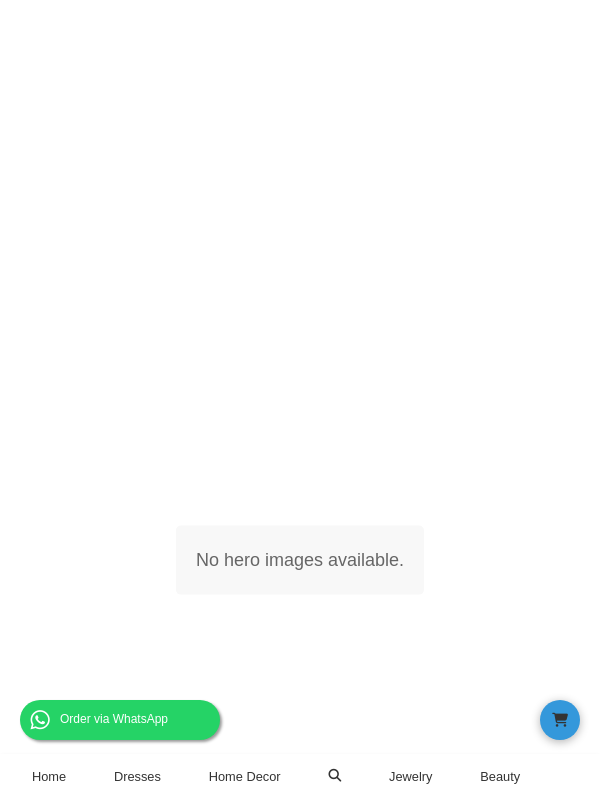
Repository: mrPractise/Elma-Shop
Page: http://localhost/
The author's editor kept a copy of each file at every save. The page is drawn from the files as they stood at one save, then again after the next save.
The browser window is 600 px wide. The pictures show the whole page.
Some web fonts or font styles are not loaded; a fallback is used. The page is served by the project's application, run on Django 5.2 (manage.py). Other server files are loaded and not shown. Queries for data that is not in the repository find no rows.

Above is the page before, as saved 2024-09-29 14:16:08.

### Shop/templatetags/cart_tags.py
from django import template
from Shop.models import Cart, CartItem

register = template.Library()

@register.filter
def cart_item_count(session):
    cart_id = session.get('cart_id')
    if cart_id:
        return CartItem.objects.filter(cart_id=cart_id).count()
    return 0

### Shop/templatetags/category_tags.py


from django import template
from django.urls import reverse

register = template.Library()

@register.simple_tag
def category_url(category):
    url_names = {
        'beauty-products': 'beauty-products',
        'dresses': 'dresses',
        'jewelry': 'jewelry',
        'home-decor': 'home-decor'
    }
    url_name = url_names.get(category.slug, 'category_detail')
    return reverse(url_name, kwargs={'category_slug': category.slug})

### Shop/context_processors.py
# In a new file, e.g., myapp/context_processors.py

from django.conf import settings
import urllib.parse

def whatsapp_url(request):
    phone_number = settings.WHATSAPP_NUMBER
    message = settings.WHATSAPP_MESSAGE
    whatsapp_url = f"https://wa.me/{phone_number}?text={urllib.parse.quote(message)}"
    return {'whatsapp_url': whatsapp_url}

### Shop/cache_control.py
from django.utils.cache import patch_cache_control
from django.conf import settings

def cache_control_middleware(get_response):
    def middleware(request):
        response = get_response(request)
        if request.path.startswith(settings.MEDIA_URL) and request.path.lower().endswith(('.png', '.jpg', '.jpeg', '.gif')):
            patch_cache_control(response, max_age=3600*24*30)  # Cache for 30 days
        return response
    return middleware

### ElmaShop/urls.py
from django.contrib import admin
from django.urls import path, include
from django.conf.urls.static import static
from django.conf import settings

urlpatterns = [
    path('admin/', admin.site.urls),
    path('', include('Shop.urls'))
]

if settings.DEBUG:
    urlpatterns += static(settings.STATIC_URL, document_root=settings.STATIC_ROOT)
    urlpatterns += static(settings.MEDIA_URL, document_root=settings.MEDIA_ROOT)

### static/css/styles.css
/* GENERAL CSS */
@import url("https://fonts.googleapis.com/css2?family=Quicksand:wght@300;400;500;600;700&display=swap");

* {
  margin: 0;
  padding: 0;
  box-sizing: border-box;
}
body {
  font-family: "Quicksand", sans-serif;
  font-weight: 300;
  color: #333;
  line-height: 1.6;
}

/* NAVBAR */
.navbar {
  background-color: #fff;
  padding: 1rem;
  box-shadow: 0 2px 4px rgba(0, 0, 0, 0.1);
  position: sticky;
  top: 0;
  z-index: 1000;
}

.navbar ul {
  list-style-type: none;
  margin: 0;
  padding: 0;
  display: flex;
  justify-content: center;
  align-items: center;
}

.navbar ul li {
  margin: 0 1rem;
}

.navbar ul li a {
  text-decoration: none;
  color: #333;
  font-weight: 400;
  transition: color 0.3s ease;
}

.navbar ul li a:hover {
  color: #e74c3c;
}

.navbar-toggle {
  display: none;
  background: none;
  border: none;
  font-size: 1.5rem;
  cursor: pointer;
}

@media screen and (max-width: 768px) {
  body {
    padding-bottom: 60px; /* Add space for the fixed navbar */
  }

  .navbar {
    position: fixed;
    bottom: 0;
    left: 0;
    right: 0;
    top: auto;
    padding: 0.5rem;
  }

  .navbar ul {
    display: flex;
    flex-direction: row;
    justify-content: space-around;
  }

  .navbar ul li {
    margin: 5px 0;
  }

  .navbar ul li a {
    font-size: 0.8em;
    text-align: center;
    display: flex;
    flex-direction: column;
    align-items: center;
  }

  .navbar ul li a::before {
    font-size: 1.5em;
    margin-bottom: 1px;
  }

  .navbar-toggle {
    display: none; /* Hide the toggle button */
  }
}
  .search-icon {
        cursor: pointer;
    }
    .modal {
    display: none;
    position: fixed;
    z-index: 1000;
    left: 0;
    top: 0;
    width: 100%;
    height: 100%;
    background-color: rgba(0,0,0,0.4);
}

.modal-content {
    background-color: #fefefe;
    margin: 10% auto;
    padding: 20px;
    border: 1px solid #888;
    width: 50%;
    max-width: 500px;
    border-radius: 8px;
    box-shadow: 0 4px 6px rgba(0, 0, 0, 0.1);
}

.close {
    color: #aaa;
    float: right;
    font-size: 28px;
    font-weight: bold;
    cursor: pointer;
}

.close:hover,
.close:focus {
    color: black;
    text-decoration: none;
}

.search-form {
    display: flex;
    margin-top: 20px;
}

.search-form input {
    flex-grow: 1;
    padding: 10px;
    font-size: 16px;
    border: 1px solid #ddd;
    border-right: none;
    border-radius: 4px 0 0 4px;
}

.search-form button {
    padding: 10px 15px;
    background-color: #f8f9fa;
    border: 1px solid #ddd;
    border-radius: 0 4px 4px 0;
    cursor: pointer;
}

/* Responsive styles */
@media screen and (max-width: 768px) {
    .modal-content {
        width: 80%;
        margin: 20% auto;
    }
}

@media screen and (max-width: 480px) {
    .modal-content {
        width: 90%;
        margin: 30% auto;
        padding: 15px;
    }

    .search-form input {
        font-size: 14px;
    }

    .search-form button {
        padding: 8px 12px;
    }


}
/**/
.section {
  min-height: 100vh;
  display: flex;
  flex-direction: column;
  justify-content: center;
  align-items: center;
  padding: 4rem 2rem 2rem;
}

.page-container {
  max-width: 100%;
  margin: 0 auto;
  padding: 1rem;
  min-height: 100vh;
}

.content-wrapper {
  display: grid;
  grid-template-columns: 2fr 5fr;
  gap: 5px;
}

.sidebar {
  flex: 0 0 auto;
  position: sticky;
  top: 65px; /* Adjust this value based on your navbar height */
  height: fit-content;
  overflow: hidden;


}

/* Search_Results Page */
     .search-results-container {
        padding: 20px;
    }
    .search-product-grid {
        display: grid;
        grid-template-columns: repeat(auto-fill, minmax(200px, 1fr));
        gap: 20px;
    }
    .search-product-item {
        border: 1px solid #ddd;
        padding: 10px;
        text-align: center;
    }
    .search-product-image {
        max-width: 100%;
        height: auto;
    }
    .search-pagination {
        margin-top: 20px;
        text-align: center;
    }
    .search-page-link {
        margin: 0 5px;
    }
    .search-current-page {
        font-weight: bold;
    }



.items-page-categories {
  display: flex;
  flex-direction: column;
}

.items-page-category {
  background: none;
border: none;
  padding: 0.5rem;
  cursor: pointer;
  transition: color 0.3s ease;
  overflow:visible;
 margin-bottom: 3px;
 white-space: wrap;
 word-wrap: break-word;

}

.items-page-category:hover,
.items-page-category.active{
  color: #e74c3c;
  background-color:rgb(191, 223, 211);
  border-right: 3px solid goldenrod;
}

.product-header {
  display: flex;
  justify-content: space-between;
  align-items: center;
  margin-bottom: 1rem;
}

.product-count {
  font-weight: bold;
}

.sort-dropdown select {
  padding: 0.5rem;
  border: 1px solid #ccc;
  border-radius: 4px;
}

.product-grid {
  display: grid;
  grid-template-columns: repeat(auto-fill, minmax(200px, 1fr));
  gap: 1rem;
}


.featured-page {
  background-color: #fff;
  border-radius: 10px;
  overflow: hidden;
  box-shadow: 0 4px 8px rgba(0, 0, 0, 0.1);
  margin-bottom: 3rem;
  display: flex;
  align-items: stretch;
}

.page-header {
  text-align: center;
  margin-bottom: 1rem;
  position: relative;
}
.page-title {
  font-family: "Playfair Display", serif;
  font-size: 4rem;
  color: #2c3e50;
  margin-bottom: 1rem;
  position: relative;
  display: inline-block;
}

.page-title::after {
  content: "";
  position: absolute;
  bottom: -10px;
  left: 50%;
  transform: translateX(-50%);
  width: 100px;
  height: 3px;
  background: linear-gradient(to right, #f39c12, #e74c3c);
}
.page-subtitle {
  font-size: 1.2rem;
  color: #7f8c8d;
  font-weight: 300;
}

/* HOME-PAGE */
h2 {
  font-size: 2.5rem;
  margin-bottom: 2rem;
  text-align: center;
}
.see-more {
  margin-top: 2rem;
  padding: 1rem 2rem;
  background-color: #e74c3c;
  color: white;
  text-decoration: none;
  border-radius: 5px;
  transition: background-color 0.3s ease;
}
.see-more:hover {
  background-color: #c0392b;
}

/* Hero Section */
.hero-section {
  display: flex;
  gap: 5px;
  min-height: 100vh; /* Full viewport height */
  overflow: hidden; /* Prevents any overflow */
}

.hero-left,
.hero-right {
  flex: 1;
  display: flex;
  flex-direction: column;
}

.hero-image-container {
  flex: 1;
  overflow: hidden;
  position: relative;
  margin-bottom: 5px; /* Consistent gap */
}

.hero-image {
  width: 100%;
  height: 100%;
  object-fit: cover;
  position: absolute;
  top: 0;
  left: 0;
}

.hero-image-overlay {
  position: absolute;
  bottom: 0;
  left: 0;
  right: 0;
  background: rgba(0, 0, 0, 0.5);
  color: white;
  padding: 10px;
  text-align: center;
}

.hero-image-overlay h3 {
  margin: 0;
  font-size: 1.2em;
}

.hero-image-overlay p {
  margin: 5px 0 0;
  font-size: 0.9em;
}

/* Responsive adjustments */
@media (max-width: 768px) {
  .hero-section {
    flex-direction: column;
    min-height: auto; /* Allow height to adjust based on content */
  }

  .hero-left,
  .hero-right {
    width: 100%;
  }

  .hero-image-container {
    height: 50vh; /* Half viewport height on smaller screens */
  }
}

@media (max-width: 480px) {
  .hero-image-container {
    height: 33vh; /* Shorter on very small screens */
  }

  .hero-image-overlay h3 {
    font-size: 1em;
  }

  .hero-image-overlay p {
    font-size: 0.8em;
  }
}

/* Dresses Section */
.Dresses-section {
  background-color: #f9e7e7;
}
.Dresses-showcase {
  display: flex;
  justify-content: space-around;
  width: 100%;
  max-width: 1200px;
  flex-wrap: wrap;
}
.dress-category {
  text-align: center;
  transition: transform 0.3s ease;
  margin: 1rem;
}
.dress-category:hover {
  transform: translateY(-10px);
}
.dress-category img {
  width: 200px;
  height: 300px;
  object-fit: cover;
  border-radius: 10px;
  box-shadow: 0 4px 8px rgba(0, 0, 0, 0.1);
}
.dress-category h3 {
  margin-top: 1rem;
}

/* Home Decor Section */
.Homedecor-section {
  background-color: #e7f0f9;
}
.decor-grid {
  display: grid;
  grid-template-columns: repeat(auto-fit, minmax(250px, 1fr));
  gap: 2rem;
  width: 80%;
  max-width: 1200px;
}
.decor-item {
  position: relative;
  overflow: hidden;
  border-radius: 10px;
  box-shadow: 0 4px 8px rgba(0, 0, 0, 0.1);
}
.decor-item img {
  width: 100%;
  height: 250px;
  object-fit: cover;
  transition: transform 0.3s ease;
}
.decor-item:hover img {
  transform: scale(1.05);
}
.decor-info {
  position: absolute;
  bottom: 0;
  left: 0;
  right: 0;
  background: rgba(255, 255, 255, 0.9);
  padding: 1rem;
  transform: translateY(100%);
  transition: transform 0.3s ease;
}
.decor-item:hover .decor-info {
  transform: translateY(0);
}

.Jewelry-section {
  background-color: #f9f3e6;
}
.Jewelry-showcase {
  display: grid;
  grid-template-columns: repeat(auto-fit, minmax(280px, 1fr));
  gap: 2rem;
  width: 90%;
  max-width: 1200px;
}
.jewelry-item {
  border-radius: 10px;
  overflow: hidden;
  box-shadow: 0 4px 8px rgba(0, 0, 0, 0.1);
  transition: transform 0.3s ease, box-shadow 0.3s ease;
  display: flex;
  flex-direction: column;
}
.jewelry-item:hover {
  transform: translateY(-5px);
  box-shadow: 0 6px 12px rgba(0, 0, 0, 0.15);
}
.jewelry-image {
  width: 100%;
  height: 300px;
  overflow: hidden;
}
.jewelry-image img {
  width: 100%;
  height: 100%;
  object-fit: cover;
  transition: transform 0.3s ease;
}
.jewelry-item:hover .jewelry-image img {
  transform: scale(1.05);
}
.jewelry-info {
  padding: 1.5rem;
  display: flex;
  flex-direction: column;
  flex-grow: 1;
}
.jewelry-info h3 {
  margin: 0 0 0.5rem;
  color: #333;
  font-size: 1.2rem;
}
.jewelry-info p {
  margin: 0 0 1rem;
  color: #e74c3c;
  font-weight: 400;
}
.jewelry-description {
  font-size: 0.9rem;
  color: #666;
  flex-grow: 1;
}
/* Beauty Section */
.Beauty-Products-section {
  background-color: #f0e7f9;
}


.section-title {
  text-align: center;
  margin-bottom: 2rem;
  color: #333;
  font-size: 2.5rem;
}

.beauty-container {
  margin: 0 auto;
  padding: 0 1rem;
}

.beauty-masonry {
  column-count: 2;
  column-gap: 1rem;
  margin: 0 auto;
  max-width: 100%;
}

.beauty-item {
  break-inside: avoid;
  margin-bottom: 1rem;
  position: relative;
  overflow: hidden;
  width: 100%;
  display: inline-block;
}

.beauty-item img {
  width: 100%;
  display: block;
  transition: transform 0.3s ease;
}

.beauty-item:hover img {
  transform: scale(1.05);
}

.beauty-overlay {
  position: absolute;
  bottom: 0;
  left: 0;
  right: 0;
  background: linear-gradient(to top, rgba(0, 0, 0, 0.7), transparent);
  color: white;
  padding: 1rem;
  transform: translateY(100%);
  transition: transform 0.3s ease;
}

.beauty-item:hover .beauty-overlay {
  transform: translateY(0);
}

.beauty-overlay h3 {
  margin: 0 0 0.5rem;
  font-size: 1.2rem;
}

.beauty-overlay p {
  margin: 0;
  font-size: 0.9rem;
  word-wrap: break-word;
  overflow-wrap: break-word;
  hyphens: auto;
}
@media (max-width: 480px) {
  .beauty-masonry {
    column-count: 1;
  }
}
@media (max-width: 768px) {
  .beauty-item {
    flex: 0 0 calc(50% - 0.5rem);
  }

  .jewelry-showcase {
    grid-template-columns: repeat(auto-fit, minmax(250px, 1fr));
  }
}

/* HOMEDECOR PAGE */
.homedecor-page-container {
  background-color: #e7f0f9;
}

/* PRODUCT-Items */
.product-grid {
  display: grid;
  grid-template-columns: repeat(auto-fill, minmax(250px, 1fr));
  gap: 2rem;
  width: 100%;
}

.product-item {
  background-color: #fff;
  border-radius: 10px;
  overflow: hidden;
  box-shadow: 0 4px 8px rgba(0, 0, 0, 0.1);
  transition: transform 0.3s ease;
  display: flex;
  flex-direction: column;
}

.product-item:hover {
  transform: translateY(-5px);
}

.product-image-container {
  position: relative;
  width: 100%;
  height: 100%;
  padding-top: 100%; /* 1:1 Aspect Ratio */
  overflow: hidden;
}

.product-item img {
  position: absolute;
  top: 0;
  left: 0;
  width: 100%;
  height: 100%;
  object-fit: cover;
  transition: transform 0.3s ease;
}

.product-item:hover img {
  transform: scale(1.05);
}

.product-info {
  padding: 1rem;
  display: flex;
  flex-direction: column;
  flex-grow: 1;
}

.product-desc p {
  word-wrap: break-word; /* Breaks long words */
  overflow: hidden; /* Hides overflow content */
  text-overflow: ellipsis; /* Adds "..." for overflowing text */
  white-space: normal; /* Allows text to wrap to the next line */
  margin: 0; /* Optional: adjust margin */
}

.product-info h3 {
  margin-bottom: 0.5rem;
  font-size: 1.1rem;
  line-height: 1.2;
}

.product-price {
  font-weight: 400;
  color: #e74c3c;
  margin-bottom: 0.5rem;
}

.product-cart {
  display: flex;
  justify-content: space-between;
  align-items: center;
  margin-top: auto;
}

.cart-btn,
.remove-from-cart {
  padding: 0.5rem 1rem;
  border: none;
  border-radius: 5px;
  cursor: pointer;
  transition: background-color 0.3s ease;
}

.cart-btn {
  background-color: #3498db;
  color: white;
}

.cart-btn:hover {
  background-color: #2980b9;
}

.remove-from-cart {
  background-color: #e74c3c;
  color: white;
}

.remove-from-cart:hover {
  background-color: #c0392b;
}

.no-product {
  position: absolute;
  top: 50%;
  height: fit-content;
  left: 50%;
  transform: translate(-50%, -50%);
  text-align: center;
}
.cart-icon {
    position: relative;
    display: inline-block;
}

.cart-counter {
    position: absolute;
    top: -10px;
    right: -10px;
    background-color: #e74c3c;
    color: white;
    border-radius: 50%;
    padding: 2px 6px;
    font-size: 0.7em;
    font-weight: bold;
}



@media screen and (max-width: 768px) {
    .cart-icon {
        position: fixed;
        bottom: 60px;
        right: 20px;
        background-color: #3498db;
        color: white;
        border-radius: 50%;
        width: 40px;
        height: 40px;
        display: flex;
        justify-content: center;
        align-items: center;
        box-shadow: 0 2px 10px rgba(0, 0, 0, 0.3);
        z-index: 1000;
    }

    .cart-icon i {
        font-size: 14px;
    }

    .cart-counter {
        position: absolute;
        top: -5px;
        right: -5px;
        background-color: #e74c3c;
        color: white;
        border-radius: 50%;
        padding: 2px 6px;
        font-size: 0.7em;
        font-weight: bold;
    }
}

@media (max-width: 768px) {

  .no-product {
    top: 70%;
  }
}

.cart-btn,
.remove-from-cart {
  color: white;
  border: none;
  padding: 0.5rem 1rem;
  border-radius: 5px;
  cursor: pointer;
  transition: background-color 0.3s ease;
}
.cart-btn {
  background-color: #3498db;
}
.cart-btn:hover {
  background-color: #2980b9;
}
.remove-from-cart {
  background-color: #e74c3c;
}
.cart-quantity {
  font-weight: 500;
  background-color: #e7d33c;
  color: rgb(34, 31, 31);
  padding: 0.2rem 0.6rem;
  border-radius: 50%;
}

/* CART-PAGE */
.cart-container {
  max-width: 1200px;
  margin: 0 auto;
  padding: 40px 20px;
  display: flex;
  gap: 40px;
}
h1 {
  font-size: 2.5em;
  margin-bottom: 30px;
  color: #2c3e50;
}
.cart-items {
  flex: 3;
}
.cart-item {
  background-color: #fff;
  border-radius: 8px;
  box-shadow: 0 4px 6px rgba(0, 0, 0, 0.1);
  margin-bottom: 20px;
  overflow: hidden;
  transition: transform 0.3s ease;
}
.cart-item:hover {
  transform: translateY(-5px);
}
.item-content {
  display: flex;
  padding: 20px;
}
.item-image {
  width: 100px;
  height: 100px;
  object-fit: cover;
  border-radius: 4px;
  margin-right: 20px;
}
.item-details {
  flex-grow: 1;
}
.item-name {
  font-weight: 500;
  font-size: 1.1em;
  margin-bottom: 5px;
}
.item-price {
  color: #3498db;
  font-weight: 600;
}
.item-quantity {
  display: flex;
  align-items: center;
  margin-top: 10px;
}
.quantity-btn {
  background-color: #f1f3f5;
  color: #333;
  border: none;
  width: 30px;
  height: 30px;
  font-size: 1.2em;
  cursor: pointer;
  transition: background-color 0.3s;
  border-radius: 50%;
}
.quantity-btn:hover {
  background-color: #e9ecef;
}
.quantity-input {
  width: 40px;
  text-align: center;
  margin: 0 10px;
  font-size: 1em;
  border: none;
  background-color: transparent;
}
.item-total {
  font-weight: 800;
  margin-left: 20px;
}
.remove-item {
  background-color: #e74c3c;
  color: white;
  border: none;
  padding: 5px 10px;
  cursor: pointer;
  transition: background-color 0.3s;
  border-radius: 4px;
  font-size: 0.9em;
}
.remove-item:hover {
  background-color: #c0392b;
}
.empty-cart-message,
.empty-cart-summary {
  text-align: center;
  padding: 20px;
  font-size: 18px;
  color: #666;
}

.empty-cart-message {
  background-color: #f8f8f8;
  border-radius: 5px;
}

.cart-summary {
  flex: 1;
  background-color: #fff;
  padding: 20px;
  border-radius: 8px;
  box-shadow: 0 4px 6px rgba(0, 0, 0, 0.1);
  position: sticky;
  top: 20px;
  height: fit-content;
}
.summary-title {
  font-size: 1.5em;
  margin-bottom: 20px;
  color: #2c3e50;
}

.summary-items {
  margin-bottom: 15px;
}
.summary-item {
  display: flex;
  justify-content: space-between;
  margin-bottom: 10px;
}
.summary-item-details {
  flex-grow: 1;
}
.summary-item-name {
  font-weight: 500;
}
.summary-item-quantity {
  font-size: 0.9em;
  font-weight: 400;
  color: #666;
}
.summary-item-total {
  text-align: right;
  font-weight: 600;
}
.summary-subtotal {
  border-top: 1px solid #ddd;
  padding-top: 10px;
  margin-top: 10px;

  font-weight: 700;
}
.summary-total {
  font-size: 1.2em;
  font-weight: 800;
  color: #3498db;
  margin-top: 20px;
  padding-top: 20px;
  border-top: 1px solid #eee;
}
.checkout-btn {
  background-color: #2ecc71;
  color: white;
  border: none;
  padding: 15px 20px;
  font-size: 1em;
  border-radius: 4px;
  cursor: pointer;
  transition: background-color 0.3s;
  width: 100%;
  margin-top: 20px;
  a{
    text-decoration: none;
  }
}
.checkout-btn:hover {
  background-color: #27ae60;
}
.thankyou-container {
    max-width: 800px;
    margin: 0 auto;
    padding: 20px;
    font-family: Arial, sans-serif;
    background-color: #f9f9f9;
    border-radius: 10px;
    box-shadow: 0 0 10px rgba(0,0,0,0.1);
}

.thankyou-order-item {
    background-color: #fff;
    border: 1px solid #ddd;
    border-radius: 5px;
    padding: 15px;
    margin-bottom: 15px;
}

.thankyou-order-item p {
    margin: 5px 0;
    font-size: 1.1em;
}

.thankyou-total {
    font-weight: bold;
    font-size: 2em;
    margin-top: 20px;
      color: #3498db;
}

.thankyou-message {
    text-align: center;
}

.thankyou-button {
    display: block;
    width: 80%;
    max-width: 300px;
    margin: 20px auto;
    padding: 15px;
    text-align: center;
    text-decoration: none;
    font-size: 1.2em;
    border-radius: 5px;
    transition: background-color 0.3s ease;
}

.thankyou-whatsapp-button {
    background-color: #25D366;
    color: white;
}

.thankyou-whatsapp-button:hover {
    background-color: #128C7E;
}

.continue-shopping-button {
    background-color: #3498db;
    color: white;
}

.continue-shopping-button:hover {
    background-color: #2980b9;
}

.checkout-actions {
    margin-top: 20px;
    display: flex;
    justify-content: space-between;
}

.button {
    padding: 10px 20px;
    font-size: 16px;
    border: none;
    border-radius: 5px;
    cursor: pointer;
    text-decoration: none;
    display: inline-block;
    text-align: center;
    transition: background-color 0.3s ease;
}

.continue-shopping-button {
    background-color: #4CAF50;
    color: white;
}

.continue-shopping-button:hover {
    background-color: #45a049;
}

.cancel-order-button {
    background-color: #f44336;
    color: white;
}

.cancel-order-button:hover {
    background-color: #d32f2f;
}

@media (max-width: 600px) {
    .thankyou-container {
        padding: 10px;
    }

    .thankyou-container h1 {
        font-size: 2em;
    }

    .thankyou-container h2 {
        font-size: 1.5em;
    }

    .thankyou-button {
        width: 100%;
    }
}

   .whatsapp-float {
        position: fixed;
        bottom: 40px;
        right: 40px;
        display: flex;
        align-items: center;
        background-color: #25d366;
        color: #FFF;
        border-radius: 50px;
        text-decoration: none;
        transition: all 0.3s;
        z-index: 100;
        box-shadow: 2px 2px 3px #999;
        overflow: hidden;
        max-width: calc(100% - 80px); /* Prevent full width on small screens */
    }

    .whatsapp-float-icon {
        width: 60px;
        height: 60px;
        display: flex;
        align-items: center;
        justify-content: center;
        font-size: 30px;
        flex-shrink: 0;
    }

    .whatsapp-float-text {
        padding-right: 20px;
        font-size: 14px;
        opacity: 0;
        max-width: 0;
        overflow: hidden;
        transition: all 0.3s;
        white-space: nowrap;
    }

    .whatsapp-float:hover {
        background-color: #128C7E;
    }

    .whatsapp-float:hover .whatsapp-float-text {
        opacity: 1;
        max-width: 200px; /* Adjust based on your text length */
    }

    @keyframes showText {
        0%, 100% { opacity: 0; max-width: 0; }
        10%, 90% { opacity: 1; max-width: 200px; } /* Adjust based on your text length */
    }

    .whatsapp-float .whatsapp-float-text {
        animation: showText 6s infinite;
    }

    @media screen and (max-width: 767px) {
        .whatsapp-float {
            bottom: 60px;
            left: 20px;
            max-width: 200px;
        }

        .whatsapp-float-icon {
            width: 40px;
            height: 40px;
            font-size: 22px;
        }

        .whatsapp-float-text {
            font-size: 12px;
            padding-right: 10px;
        }

        @keyframes showText {
            0%, 100% { opacity: 0; max-width: 0; }
            10%, 90% { opacity: 1; max-width: 250px; } /* Smaller max-width for mobile */
        }
    }




.messages-container {
    position: fixed;
    top: 20px;
    right: 20px;
    z-index: 1000;
    max-width: 300px;
}

.message {
    margin-bottom: 10px;
    padding: 15px;
    border-radius: 4px;
    display: flex;
    align-items: center;
    box-shadow: 0 2px 4px rgba(0,0,0,0.2);
    animation: slideIn 0.5s ease-out;
}

@keyframes slideIn {
    from {
        transform: translateX(100%);
        opacity: 0;
    }
    to {
        transform: translateX(0);
        opacity: 1;
    }
}


/* Checkout Page Styles */

.checkout-container {
    max-width: 800px;
    margin: 0 auto;
    padding: 20px;
    font-family: Arial, sans-serif;
    background-color: #f9f9f9;
    border-radius: 8px;
    box-shadow: 0 0 10px rgba(0,0,0,0.1);
}

h1 {
    color: #333;
    text-align: center;
    margin-bottom: 20px;
}

h2 {
    color: #444;
    margin-top: 30px;
    margin-bottom: 15px;
    border-bottom: 2px solid #ddd;
    padding-bottom: 10px;
}

form {
    margin-bottom: 30px;
}

form p {
    margin-bottom: 15px;
}

form label {
    display: block;
    margin-bottom: 5px;
    font-weight: bold;
    color: #555;
}

form input[type="text"],
form textarea {
    width: 100%;
    padding: 10px;
    border: 1px solid #ddd;
    border-radius: 4px;
    font-size: 16px;
}

.checkout-item {
    display: flex;
    align-items: center;
    margin-bottom: 20px;
    background-color: #fff;
    padding: 15px;
    border-radius: 6px;
    box-shadow: 0 2px 5px rgba(0,0,0,0.05);
}

.checkout-item-image {
    width: 80px;
    height: 80px;
    object-fit: cover;
    border-radius: 4px;
    margin-right: 15px;
}

.checkout-item-details {
    flex-grow: 1;
}

.checkout-item-details p {
    margin: 5px 0;
    color: #333;
}

.checkout-item-details p:first-child {
    font-weight: bold;
    font-size: 18px;
}

form h3 {
    text-align: right;
    margin-top: 20px;
    font-size: 20px;
    color: #333;
}

button[type="submit"] {
    display: block;
    width: 100%;
    padding: 15px;
    background-color: #4CAF50;
    color: white;
    border: none;
    border-radius: 4px;
    font-size: 18px;
    cursor: pointer;
    transition: background-color 0.3s ease;
}

button[type="submit"]:hover {
    background-color: #45a049;
}
.location-options {
    display: flex;
    flex-direction: column;
    gap: 10px;
    margin-bottom: 20px;
}
.checkout-p{

  font-weight: 800;
  color: #27ae60;
}
.location-option {
    display: flex;
    align-items: center;
}

.location-option input[type="radio"] {
    margin-right: 10px;
}

.location-option label {
    display: flex;
    align-items: center;
    cursor: pointer;
}

#custom-address-option {
    margin-bottom: 20px;
}

#custom-address-field {
    margin-top: 10px;
}
/* Responsive adjustments */
@media (max-width: 600px) {
    .checkout-container {
        padding: 15px;
    }

    .checkout-item {
        flex-direction: column;
        align-items: flex-start;
    }

    .checkout-item-image {
        width: 100%;
        height: auto;
        margin-right: 0;
        margin-bottom: 15px;
    }

    .checkout-item-details {
        width: 100%;
    }
}

@media (max-width: 768px) {
  .cart-container {
    flex-direction: column;
  }
  .cart-summary {
    position: static;
    order: -1;
    margin-bottom: 20px;
  }
}

Loaded but not shown: Shop/templatetags/custom_filters.py (common file); Shop/views.py (390 lines, source omitted); templates/home.html (184 lines, source omitted); templates/navbar.html (82 lines, source omitted); Shop/urls.py (20 lines, source omitted); templates/whatsappicon.html (20 lines, source omitted)

After the next save:
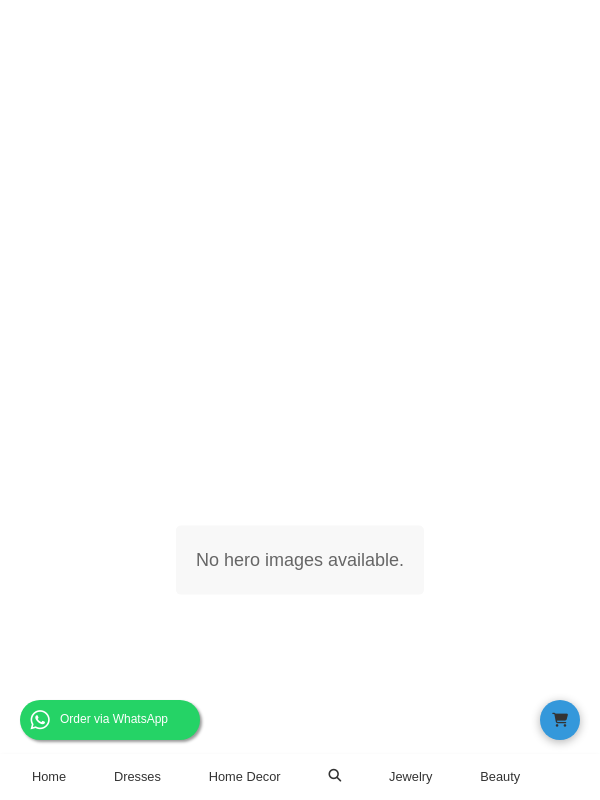
Saved 16 s later.
--- a/static/css/styles.css
+++ b/static/css/styles.css
@@ -1212,7 +1212,7 @@ h1 {
         .whatsapp-float {
             bottom: 60px;
             left: 20px;
-            max-width: 200px;
+            max-width: 180px;
         }
 
         .whatsapp-float-icon {
